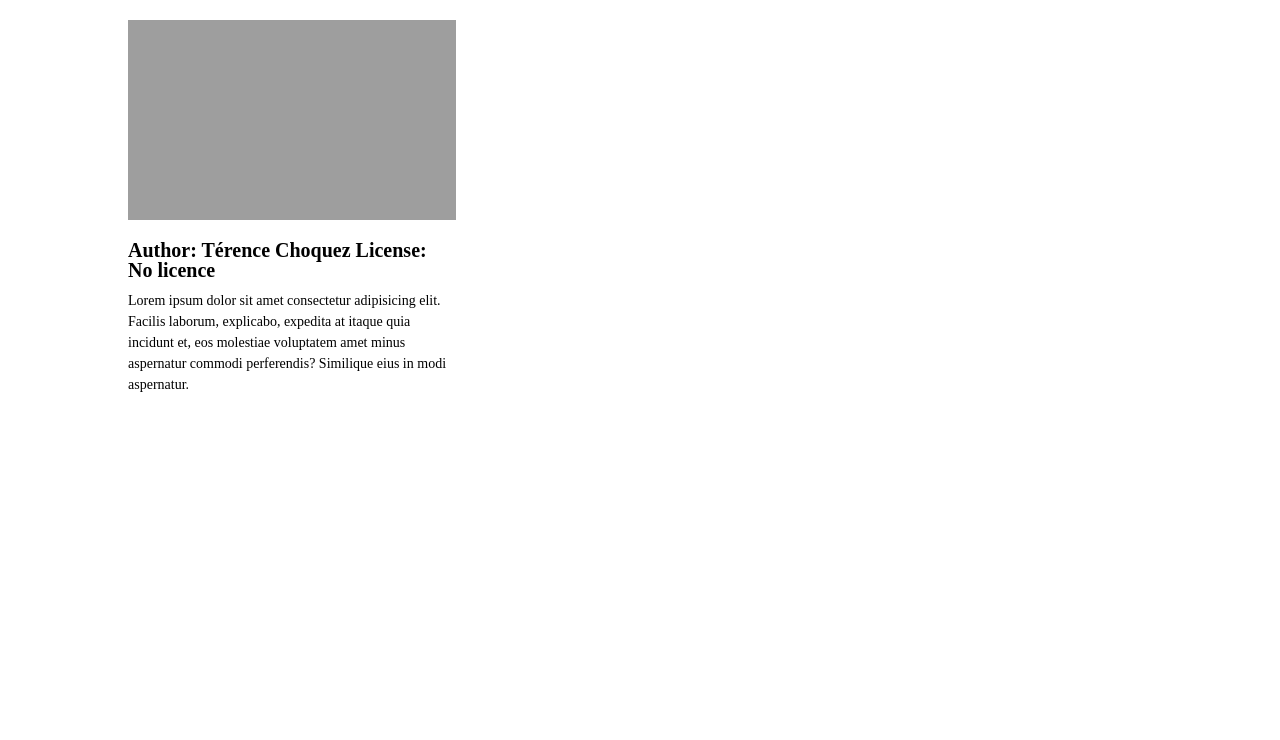
Repository: dinhhaidh/subgrid
Page: index.html
The author's editor kept a copy of each file at every save. The page is drawn from the files as they stood at one save, then again after a run of saves.
The browser window is 1280 px wide. The pictures show the whole page.
Pictures or frames that could not be fetched are drawn as grey boxes.

Above is the page before, as saved 2024-01-08 15:25:08.

After the next 4 saves:
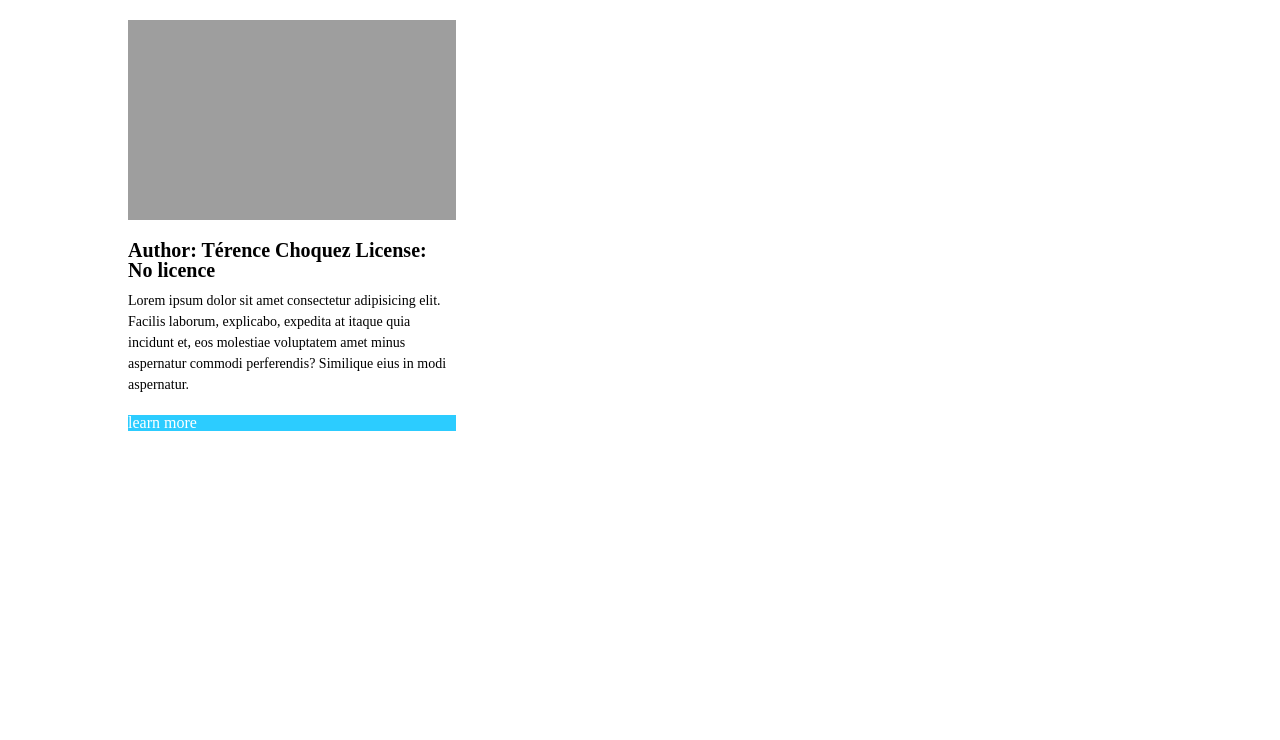
The 4 saves are shown as one change because they came seconds apart.
The last was saved 12 s later.
--- a/style.css
+++ b/style.css
@@ -64,5 +64,5 @@ body {
     display: block;
     text-decoration: none;
     color: white;
-    background-color: #;
+    background-color: #2cccff;
 }
